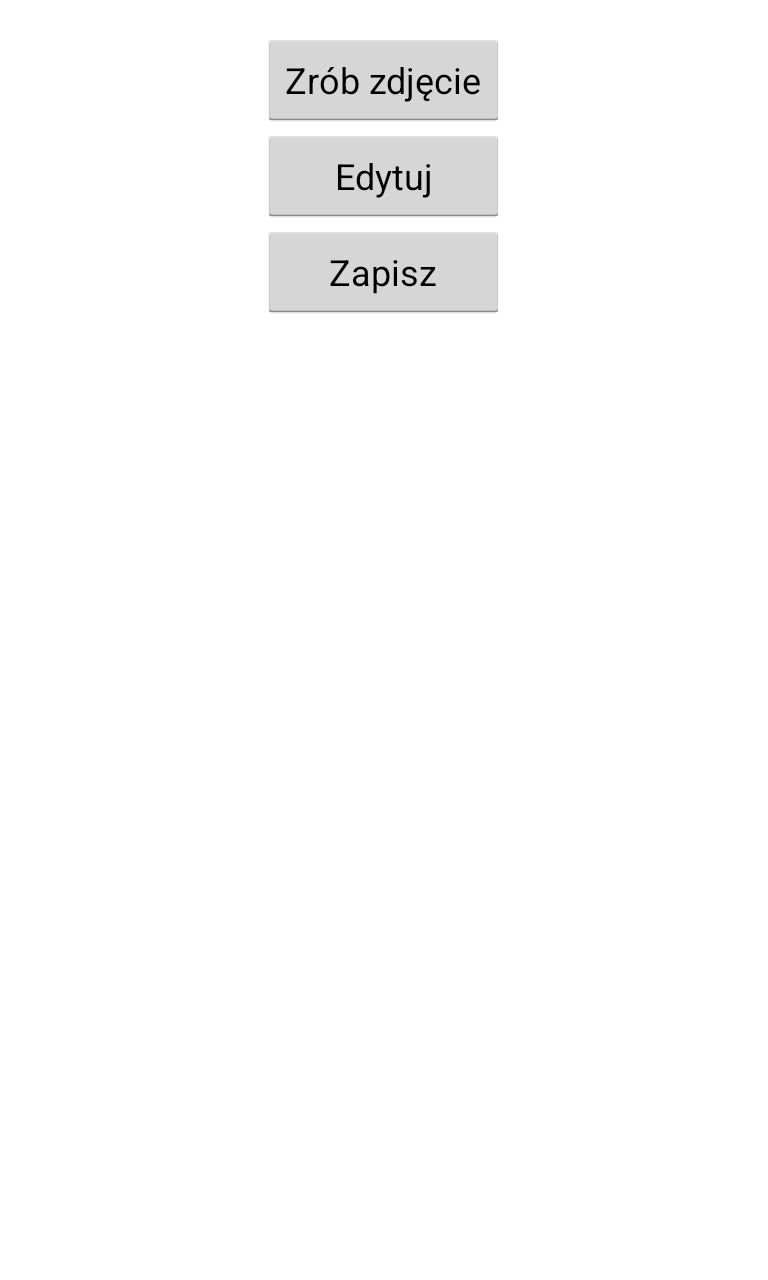
Repository: marvhew/EF
Layout: EFProject/res/layout/activity_main.xml
The author's editor kept a copy of each file at every save. The layout is drawn from the files as they stood at one save, then again after the next save.
It is drawn on a 768 x 1280 px phone screen (xhdpi) without system bars, with theme AppTheme; the app's code is not run.

Above is the layout before, as saved 2015-01-25 19:18:39.

### EFProject/res/layout/activity_main.xml
<RelativeLayout xmlns:android="http://schemas.android.com/apk/res/android"
    xmlns:tools="http://schemas.android.com/tools"
    android:layout_width="match_parent"
    android:layout_height="match_parent"
    android:paddingBottom="@dimen/activity_vertical_margin"
    android:paddingLeft="@dimen/activity_horizontal_margin"
    android:paddingRight="@dimen/activity_horizontal_margin"
    android:paddingTop="@dimen/activity_vertical_margin"
    tools:context="com.example.efproject.MainActivity" >

    <Button
        android:id="@+id/Btn_TakePhoto"
        android:layout_width="wrap_content"
        android:layout_height="wrap_content"
        android:layout_alignParentTop="true"
        android:layout_centerHorizontal="true"
        android:text="Zrób zdjęcie"
        android:onClick="ClickTakePhotoButton"/>


    <Button
        android:id="@+id/Btn_EditPhoto"
        android:layout_width="wrap_content"
        android:layout_height="wrap_content"
        android:layout_alignLeft="@+id/Btn_TakePhoto"
        android:layout_alignRight="@+id/Btn_TakePhoto"
        android:layout_below="@+id/Btn_TakePhoto"
        android:text="Edytuj"
        android:onClick="ClickEditPhotoButton"/>

    <Button
        android:id="@+id/Btn_SavePhoto"
        android:layout_width="wrap_content"
        android:layout_height="wrap_content"
        android:layout_alignLeft="@+id/Btn_EditPhoto"
        android:layout_alignRight="@+id/Btn_EditPhoto"
        android:layout_below="@+id/Btn_EditPhoto"
        android:text="Zapisz"
        android:onClick="ClickSavePhotoButton"/>

    <ImageView
        android:id="@+id/imageView1"
        android:layout_width="wrap_content"
        android:layout_height="wrap_content"
        android:layout_alignLeft="@+id/Btn_SavePhoto"
        android:layout_alignRight="@+id/Btn_SavePhoto"
        android:layout_below="@+id/Btn_SavePhoto" />

</RelativeLayout>

Loaded but not shown: EFProject/res/values/styles.xml (common file); EFProject/res/values-v11/styles.xml (common file); EFProject/res/values-v14/styles.xml (common file); EFProject/res/values/dimens.xml (common file); EFProject/res/values-w820dp/dimens.xml (common file)

After the next save:
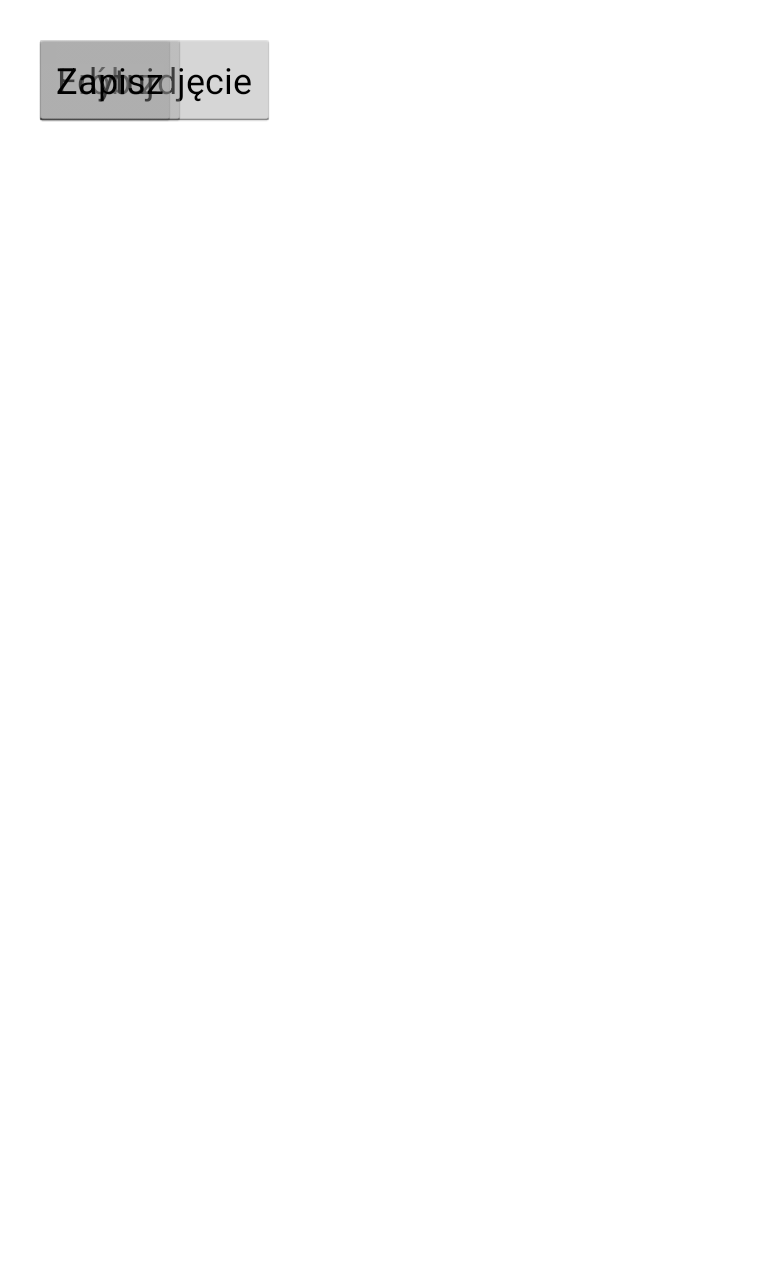
Saved 3 min 58 s later.
--- a/EFProject/res/layout/activity_main.xml
+++ b/EFProject/res/layout/activity_main.xml
@@ -1,5 +1,6 @@
-<RelativeLayout xmlns:android="http://schemas.android.com/apk/res/android"
+<AbsoluteLayout xmlns:android="http://schemas.android.com/apk/res/android"
     xmlns:tools="http://schemas.android.com/tools"
+    android:id="@+id/AbsoluteLayout1"
     android:layout_width="match_parent"
     android:layout_height="match_parent"
     android:paddingBottom="@dimen/activity_vertical_margin"
@@ -12,38 +13,26 @@
         android:id="@+id/Btn_TakePhoto"
         android:layout_width="wrap_content"
         android:layout_height="wrap_content"
-        android:layout_alignParentTop="true"
-        android:layout_centerHorizontal="true"
-        android:text="Zrób zdjęcie"
-        android:onClick="ClickTakePhotoButton"/>
-
+        android:onClick="ClickTakePhotoButton"
+        android:text="Zrób zdjęcie" />
 
     <Button
         android:id="@+id/Btn_EditPhoto"
         android:layout_width="wrap_content"
         android:layout_height="wrap_content"
-        android:layout_alignLeft="@+id/Btn_TakePhoto"
-        android:layout_alignRight="@+id/Btn_TakePhoto"
-        android:layout_below="@+id/Btn_TakePhoto"
-        android:text="Edytuj"
-        android:onClick="ClickEditPhotoButton"/>
+        android:onClick="ClickEditPhotoButton"
+        android:text="Edytuj" />
 
     <Button
         android:id="@+id/Btn_SavePhoto"
         android:layout_width="wrap_content"
         android:layout_height="wrap_content"
-        android:layout_alignLeft="@+id/Btn_EditPhoto"
-        android:layout_alignRight="@+id/Btn_EditPhoto"
-        android:layout_below="@+id/Btn_EditPhoto"
-        android:text="Zapisz"
-        android:onClick="ClickSavePhotoButton"/>
+        android:onClick="ClickSavePhotoButton"
+        android:text="Zapisz" />
 
     <ImageView
         android:id="@+id/imageView1"
         android:layout_width="wrap_content"
-        android:layout_height="wrap_content"
-        android:layout_alignLeft="@+id/Btn_SavePhoto"
-        android:layout_alignRight="@+id/Btn_SavePhoto"
-        android:layout_below="@+id/Btn_SavePhoto" />
+        android:layout_height="wrap_content" />
 
-</RelativeLayout>
+</AbsoluteLayout>
